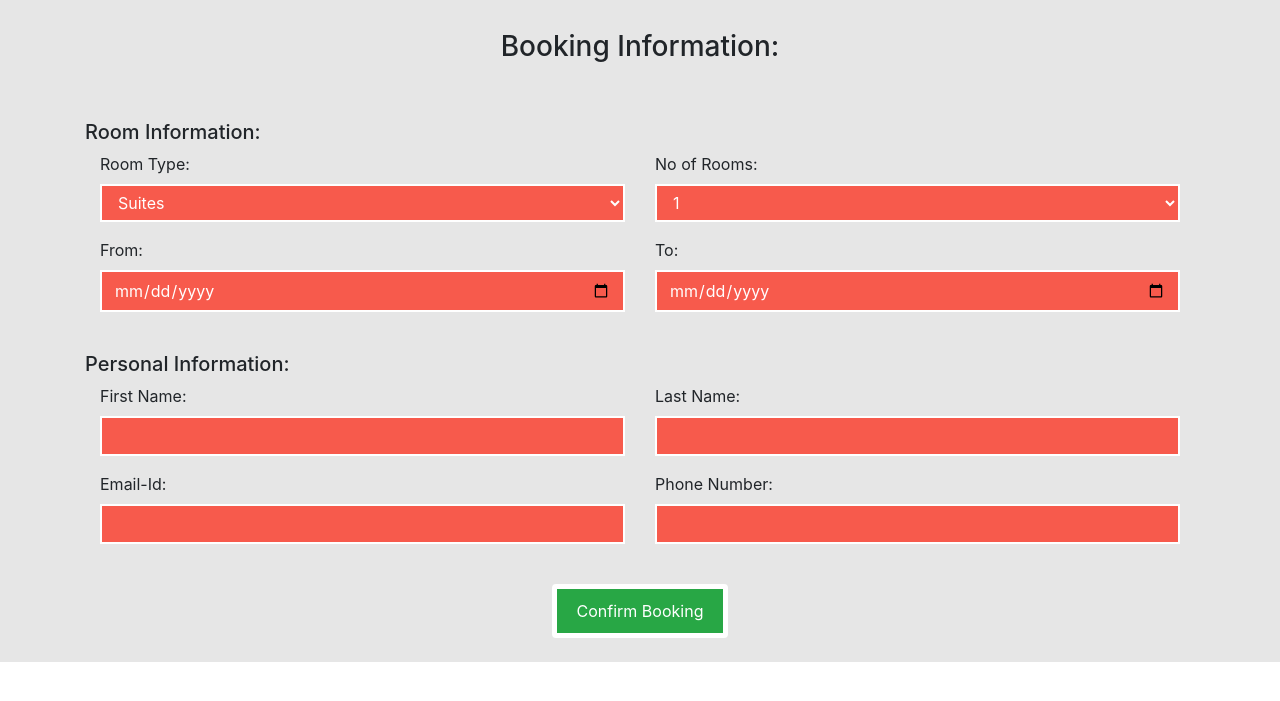
Repository: kapsky5/HotelManagement
Page: booking.html
These files come from the project's save history. The page is drawn as it stood at one moment and after the next save; the edit follows.
The browser window is 1280 px wide. The pictures show the whole page.

Above is the page before, as saved 2019-11-07 03:54:03.

### booking.html
<!DOCTYPE html>
<html lang="en">
<head>
    <meta charset="UTF-8">
    <meta name="viewport" content="width=device-width, initial-scale=1.0">
    <meta http-equiv="X-UA-Compatible" content="ie=edge">
    <title>RADISSON BLU</title>
    <link rel="stylesheet" href="css/main.css">
    <link rel="stylesheet" href="https://maxcdn.bootstrapcdn.com/bootstrap/4.0.0/css/bootstrap.min.css" integrity="sha384-Gn5384xqQ1aoWXA+058RXPxPg6fy4IWvTNh0E263XmFcJlSAwiGgFAW/dAiS6JXm" crossorigin="anonymous">
</head>
<body>
    <div class="containerz">
        <div class="container">
            <div class="header" style="padding-top: 30px;">
                <div class="text-center">
                    <h3>Booking Information:</h3>
                </div>
            </div>
            <br>
            <br>
            <form action="" method="POST">
                <h5>Room Information:</h5>
                <div class="row">
                    <div class="col-md-6">
                        <div class="form-group">
                            <label>Room Type:</label>
                            <select class="form-control" placeholder="Select-Room">
                                <option>Suites</option>
                                <option>Deluxe Rooms</option>
                                <option>King Rooms</option>
                                <option>Single</option>
                            </select>
                        </div>
                    </div>
                    <div class="col-md-6">
                        <div class="form-group">
                            <label>No of Rooms:</label>
                            <select class="form-control">
                                <option>1</option>
                                <option>2</option>
                                <option>3</option>
                                <option>4</option>
                            </select>
                        </div>
                    </div>
                    <div class="col-md-6">
                        <div class="form-group">
                            <label>From:</label>
                            <input class="form-control" type="date">
                        </div>
                    </div>
                    <div class="col-md-6">
                        <div class="form-group">
                            <label>To:</label>
                            <input class="form-control" type="date">
                        </div>
                    </div>
                </div>
                <br>
                <h5>Personal Information:</h5>
                <div class="row">
                    <div class="col-md-6">
                        <div class="form-group">
                            <label>First Name:</label>
                            <input class="form-control">
                        </div>
                    </div>
                    <div class="col-md-6">
                        <div class="form-group">
                            <label>Last Name:</label>
                            <input class="form-control">
                        </div>
                    </div>
                    <div class="col-md-6">
                        <div class="form-group">
                            <label>Email-Id:</label>
                            <input class="form-control" type="email">
                        </div>
                    </div>
                    <div class="col-md-6">
                        <div class="form-group">
                            <label>Phone Number:</label>
                            <input class="form-control">
                        </div>
                    </div>
                </div>
                <br>
                <div class="text-center">
                    <button class="btn btn-success" type="submit" style=" padding: 10px 20px; border: 5px white solid;">Confirm Booking</button>
                </div>
            </form>
            <br>
        </div>
    </div>
</body>
</html>

### css/main.css
.fixed-top{
    position: absolute !important;
}
.carousel-item{
    height: 100vh;
    min-height: 300px;
    background: no-repeat center center scroll;
    -webkit-baackground-size: cover;
    background-size: cover;
    position: absolute;
}
.carousel-caption {
    top: 40% !important;
}
.carousel-caption h5{
    color: #ffffff;
    text-transform: uppercase;
    font-size: 35px;
    letter-spacing: 2px;
    margin-top:25px;
}
.navbar-light .nav-link{
    text-transform: uppercase;
    color: #ffffff !important;
    font-size: 15px;
    margin-left: 20px;
}
.navbar-light .navbar-brand{
    color: #ffffff !important;
    font-size: 30px;
    letter-spacing: 1px;
}
.nav-link:active, .nav-link:hover {
    color: #F75A4C !important;
}
.carousel-caption .btn {
    margin: 40px 20px;
    padding: 15px 30px;
    border-radius: 40px;
    background: #F75A4C;
    border: none;
    text-transform: uppercase;
    font-size: 18px;
}
.carousel-caption .btn:hover{
    background: #454244;
}
.fac{
    margin: 0 auto;
    font-size: 25px;
    letter-spacing: 1px;
}
.tabx h6{
    font-weight: 600 !important;
}
.nav-item.nav-link{
    color: rgb(192, 192, 192);
}
.nav-item.nav-link.active{
    color: #F75A4C !important;
    background-color: #ffffff !important;
}
#tabs .nav > a{
    border-radius: 0px;
    padding: 40px 1rem;
    border-bottom: 1px solid rgb(192, 192, 192);
}
#tabs .nav > a.active{
    border-bottom: 1px solid #F75A4C;
}
.containerx{
    padding: 40px;
}
.containerx p{
    font-size: 18px;
    line-height: 1.8;
    color: #848484;
}
.tabImg{
    max-width: 100%;
    height: 550px;
}
.heading{
    color: #F75A4C;
    text-transform: uppercase;
    margin-bottom: 20px;
}
.sub-heading{
    margin-top: 20px;
    font-size: 16px;
    color: rgb(192, 192, 192);
}
.foot{
    margin-top: 50px;
    background-color: #E6E6E6;
}
.rowinfoot{
    padding: 30px 0px;
}
.foo-head{
    font-size: 20px;
    color: #F75A4C;
    margin: 20px 0;
}
.foo-text{
    font-size: 16px;
    line-height: 1.5;
}
.foo-text li a{
    color: black;
    text-decoration: none;
}
.copyright {
    color: white;
    background: #554f53;
    justify-content: center;
}
.copyright p{
    margin-bottom: 0;
}
.image{
    width: 100%;
    height: 50vh;
}
.containerz{
    background-color: #E6E6E6;
}
.heading1{
    text-transform: uppercase;
    font-size: 24px;
    letter-spacing: 1px;
}
.room-img{
    width: 100%;
    height: 415px;
}
.card{
    border-radius: 0px !important;
}
.card-body{
    padding: 0px !important;
}
.head-room{
    color: #F75A4C;
    font-size: 22px;
    text-transform: uppercase;
    letter-spacing: 1px;
}
.card-body.row.col-md-5, .card-body.row.col-md-7, .card-body.row.col-md-6, .card-body.row.col-md-3{
    padding: 0px !important;
}

.containerz .imgx, .containerz .imgx{
    padding: 0px !important;
}
.dpt, .dpts{
    padding: 40px 50px !important;
}
.dpt p{
    font-size: 18px;
    line-height: 1.8;
    color: #848484;
}
.dpts p{
    font-size: 16px;
    line-height: 1.5;
    color: #848484;
}
.row{
    margin: 0px !important;
}
.card .btn{
    padding: 10px 30px;
    border-radius: 0px;
    background: #F75A4C;
    border: none;
    text-transform: uppercase;
    font-size: 18px;
}
.avail{
    color: white;
    margin-top: 40px !important;
    background-color: #F75A4C;
    padding: auto auto;
}
.form-control{
    background-color: #F75A4C !important;
    color: white !important;
    border-radius: 0 !important;
    border: 2px solid white !important;
}
input[type=date]::-webkit-inner-spin-button {
    -webkit-appearance: none;
    display: none;
}
.result .btn{
    margin: 10px 20px;
    padding: 15px 30px;
    border-radius: 40px;
    background: #F75A4C;
    border: none;
    text-transform: uppercase;
    font-size: 18px;
}

After the next save:
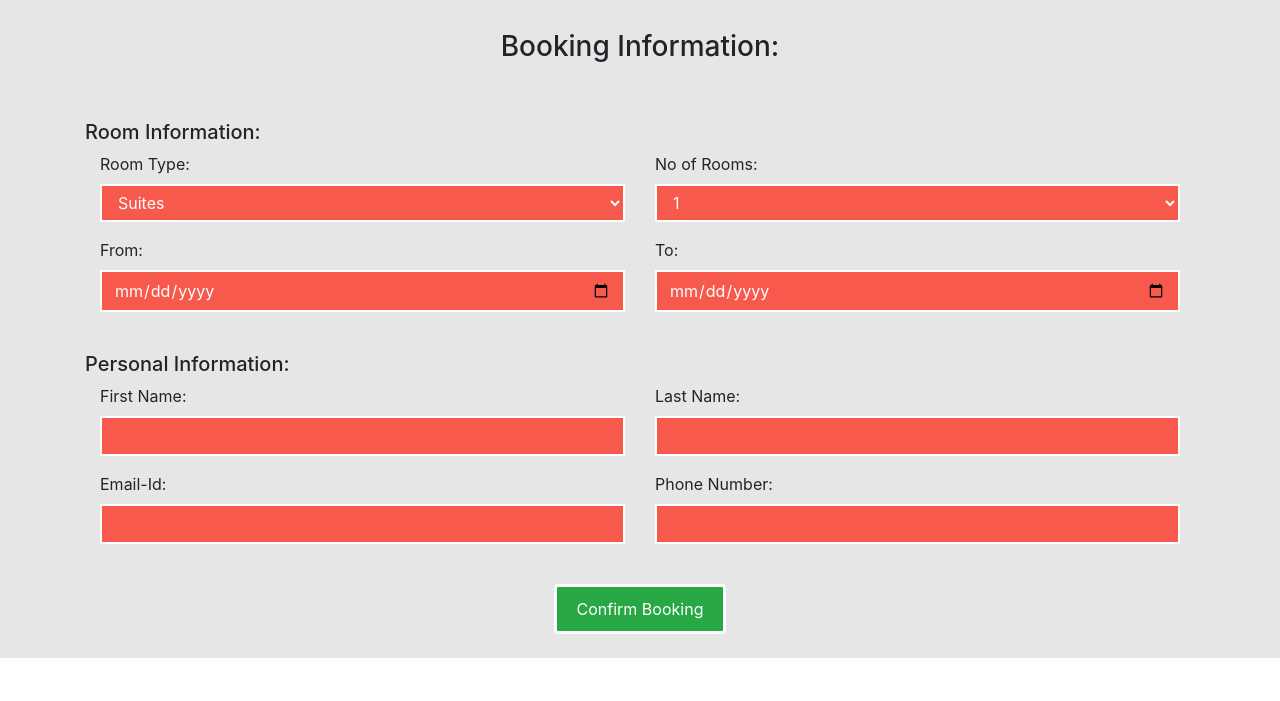
Saved 10 s later.
--- a/booking.html
+++ b/booking.html
@@ -86,7 +86,7 @@
                 </div>
                 <br>
                 <div class="text-center">
-                    <button class="btn btn-success" type="submit" style=" padding: 10px 20px; border: 5px white solid;">Confirm Booking</button>
+                    <button class="btn btn-success" type="submit" style=" padding: 10px 20px; border: 3px white solid;">Confirm Booking</button>
                 </div>
             </form>
             <br>
